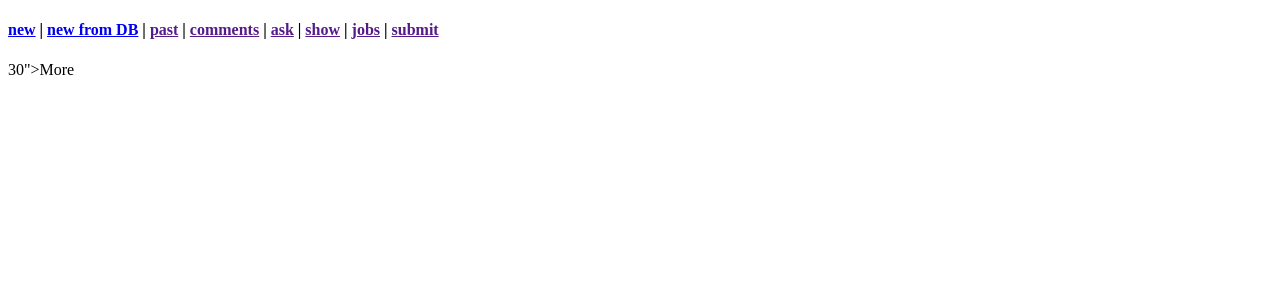
Repository: akshatmaheshwar/HackerNews-Clone
Page: http://localhost/HackerNews/dbnewest
These files come from the project's save history. The page is drawn as it stood at one moment and after the next save; the edit follows.
The browser window is 1280 px wide. The pictures show the whole page.
The page is served by Tomcat 10. Queries for data that is not in the repository find no rows.

Above is the page before, as saved 2023-10-11 02:35:34.

After the next save:
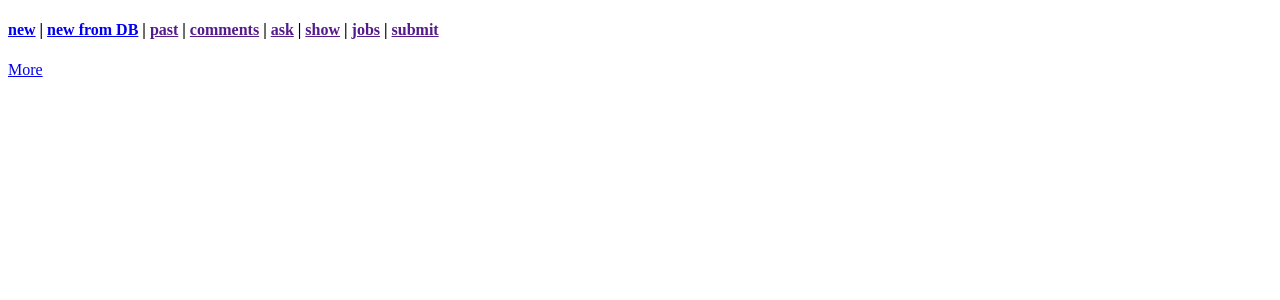
Saved 73 s later.
--- a/HackerNews/src/main/webapp/newest.jsp
+++ b/HackerNews/src/main/webapp/newest.jsp
@@ -50,6 +50,6 @@ if(request.getAttribute("pagination")!=null)startNo = (int)request.getAttribute(
     }
 %>
 </ol>
-<%if(!postList.isEmpty())%><a href = "dbnewest?pagination=${pagination}">More</a>
+<%if(postList!=null)%><a href = "dbnewest?pagination=${pagination}">More</a>
 </body>
 </html>
